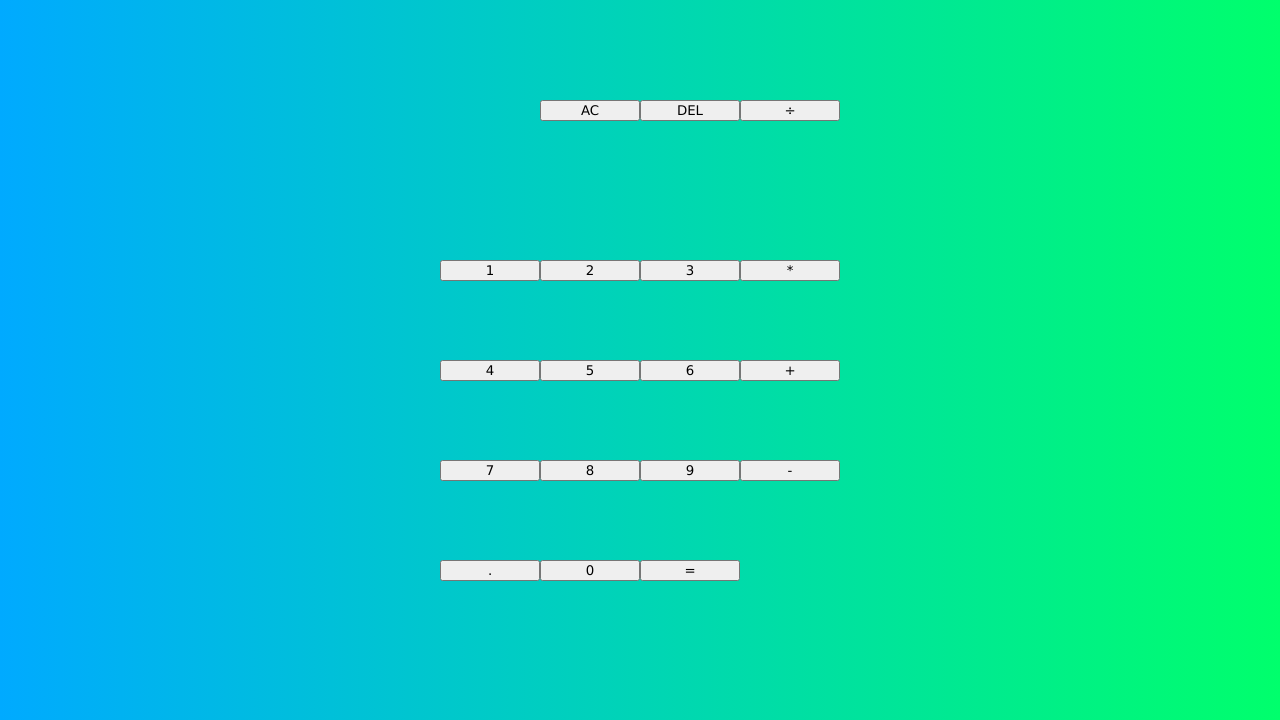
Repository: devkthines/js-calculator
Page: index.html
These files come from the project's save history. The page is drawn as it stood at one moment and after the next save; the edit follows.
The browser window is 1280 px wide. The pictures show the whole page.

Above is the page before, as saved 2023-12-18 21:50:25.

### index.html
<!DOCTYPE html>
<html lang="en">
<head>
    <meta charset="UTF-8">
    <meta name="viewport" content="width=device-width, initial-scale=1.0">
    <title>Calculator</title>
    <link rel="stylesheet" href="styles.css">
    <script src="script.js" defer></script>
</head>
<body>
    <!-- Wrapper for buttons and elements on the screen -->
<div class="calculator-grid">
    <!-- Screen For Output -->
<div class="output">
    <div class="previous-operand"></div>
    <div class="current-operand"></div>
</div>
<!-- Buttons to control calculator -->
<button class="span-two">AC</button>
<button >DEL</button>
<button >÷</button>
<button >1</button>
<button >2</button>
<button >3</button>
<button >*</button>
<button >4</button>
<button >5</button>
<button >6</button>
<button >+</button>
<button >7</button>
<button >8</button>
<button >9</button>
<button >-</button>
<button >.</button>
<button >0</button>
<button class="span-two">=</button>
</div>

</body>
</html>

### styles.css
*,*::before,*::after{
    box-sizing: border-box;
    margin: 0;
    /* what font is used in demonstration. Need to install on computer */
    /* font-family: Gotham Rounded, sans-serif; */
    font-family: 'Lucida Sans', 'Lucida Sans Regular', 'Lucida Grande', 'Lucida Sans Unicode', Geneva, Verdana, sans-serif;
    font-weight: normal;
}
body{
    padding: 0;
    margin: 0;
    background: linear-gradient(to right, #00AAFF, #00FF6C);
}

.calculator-grid{
    display: grid;
    justify-content: center;
    align-items: center;
    /* Stating for the calculator to take up space on screen vertically at all times */
    min-height: 100vh;
    grid-template-columns: repeat(4,100px);
    /* To expand the columns due to output with large number inputs */
    grid-template-rows: minmax(120px, auto)repeat(5,100px);
}

/* Selecting all buttons on grid */
.calculator-grid> button{
    /* hovering over buttons provide cursor */
    cursor: pointer;
}

Loaded but not shown: script.js (common file)

After the next save:
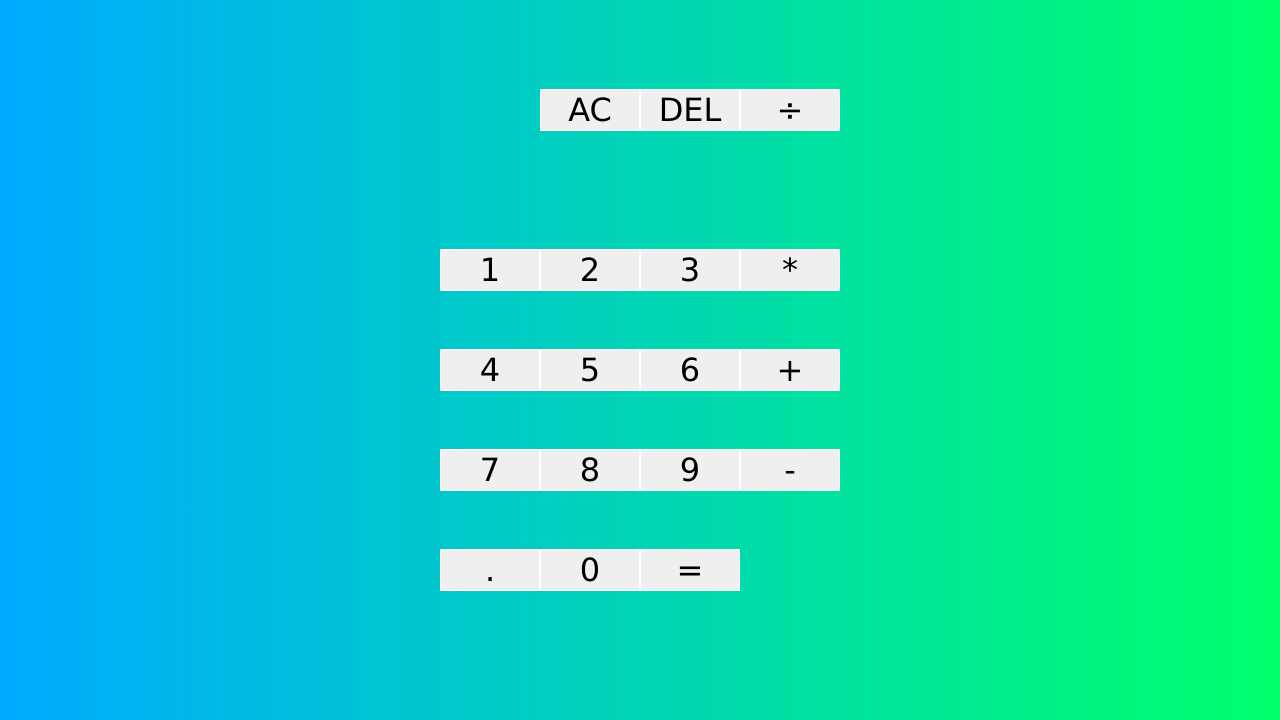
Saved 16 s later.
--- a/styles.css
+++ b/styles.css
@@ -27,4 +27,6 @@ body{
 .calculator-grid> button{
     /* hovering over buttons provide cursor */
     cursor: pointer;
+    font-size: 2rem;
+    border: 1px solid white;
 }
